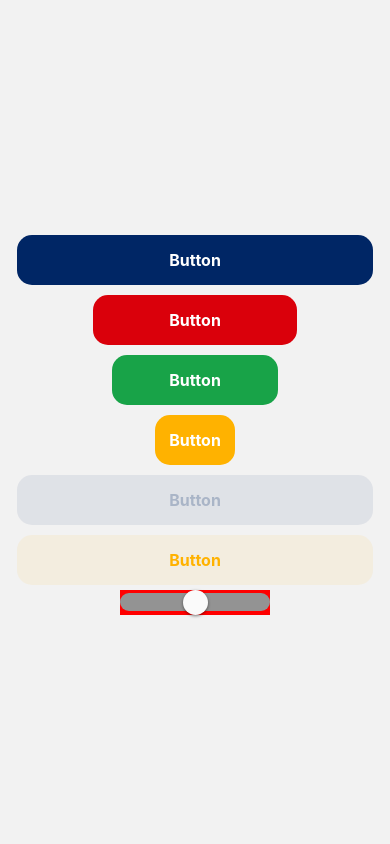
Repository: hungdomanh95/setuptheme
Screen: /
The author's editor kept a copy of each file at every save. The screen is drawn from the files as they stood at one save, then again after the next save.
The app was drawn by React Native's web renderer in a window 390 px wide. The project was rebuilt for these pictures with package versions that can differ from the ones it lists, and the page was loaded fresh each time. Also part of the build but not shown: src/components/Fade/index.js, src/components/Slide/index.js, src/components/RNCheckbox/index.js.

Above is the screen before, as saved 2022-05-17 14:02:59.

### App.js
import {View, Text} from 'react-native';
import React from 'react';
import RootNavigation from './src/navigation/rootNavigation';

const App = () => {
  return <RootNavigation />;
};

export default App;

### src/navigation/rootNavigation.js
import React from 'react'
import {NavigationContainer} from '@react-navigation/native';
import {createNativeStackNavigator} from '@react-navigation/native-stack';
import {
  HomeScreen,
} from '../screens';
import { SafeAreaProvider } from 'react-native-safe-area-context';

const Stack = createNativeStackNavigator();
const RootNavigation = () => {
  const screenOptions = {
    headerTransparent: true,
    headerShown: false,
  };
  const stackOption = {
    headerShown: true,
    headerBackTitle: '',
    headerTitle: '',
  };
  return (
    <SafeAreaProvider>
      <NavigationContainer>
        <Stack.Navigator screenOptions={screenOptions}>
          <Stack.Screen name="HomeScreen" component={HomeScreen} />
        </Stack.Navigator>
      </NavigationContainer>
    </SafeAreaProvider>
  );
};

export default RootNavigation;

### src/screens/index.js
import HomeScreen from './HomeScreen';
export {HomeScreen};

### src/screens/HomeScreen/index.js
import {View, StyleSheet} from 'react-native';
import React from 'react';
import {COLOR} from '../../theme';
import {Button, CheckBox, Switch} from '../../components';

const HomeScreen = () => {
  return (
    <View style={styles.container}>
      <Button text="Button" type={'primary'} size={'fullsize'} />
      <Button text="Button" type={'danger'} size={'medium'} />
      <Button text="Button" type={'success'} size={'small'} />
      <Button text="Button" type={'warning'} size={80} />
      <Button
        text="Button"
        type={'primary'}
        size={'fullsize'}
        disabled={true}
      />
      <Button text="Button" color={COLOR.neural8} colorText={COLOR.neural} />

      <Switch />
      {/* <CheckBox /> */}
    </View>
  );
};

export default HomeScreen;
const styles = StyleSheet.create({
  container: {
    flex: 1,
    justifyContent: 'center',
    alignItems: 'center',
  },
});

### src/theme/index.js
import {StyleSheet, Dimensions} from 'react-native';
const {width, height} = Dimensions.get('window');
const width_design = 375;
export const SIZE = {
  width,
  height,
  spacing: 16,
  icon: 24,
  btn1: (width * 343) / width_design,
  btn2: (width * 196) / width_design,
  btn3: (width * 160) / width_design,
  checkbox: 25,
};
export const COLOR = {
  primary: '#002665',
  primary80: 'rgba(0, 38, 101, 0.8)',
  primary60: 'rgba(0, 38, 101, 0.6)',
  primary40: 'rgba(0, 38, 101, 0.4)',
  primary24: 'rgba(0, 38, 101, 0.24)',
  primary16: 'rgba(0, 38, 101, 0.16)',
  primary8: 'rgba(0, 38, 101, 0.08)',
  primary4: 'rgba(0, 38, 101, 0.04)',
  secondary: '#2567F9',
  secondary50: '#0077FF',
  secondary40: 'rgba(0, 119, 255, 0.4)',
  secondary24: 'rgba(0, 119, 255, 0.24)',
  secondary16: 'rgba(0, 119, 255, 0.16)',
  secondary8: 'rgba(0, 119, 255, 0.08)',
  white: '#FFFFFF',
  white64: 'rgba(255,255,255,0.64)',
  white40: 'rgba(255,255,255,0.4)',
  white24: 'rgba(255,255,255,0.24)',
  white16: 'rgba(255,255,255,0.16)',
  white8: 'rgba(255,255,255,0.08)',
  white4: 'rgba(255,255,255,0.04)',
  yellow: '#FDBE01',
  yellow80: 'rgba(253, 190, 1, 0.8)',
  yellow40: 'rgba(253, 190, 1, 0.4)',
  yellow16: 'rgba(253, 190, 1, 0.16)',
  red: '#DA000B',
  red80: 'rgba(227, 38, 46, 0.8)',
  red40: 'rgba(227, 38, 46, 0.4)',
  red16: 'rgba(227, 38, 46, 0.16)',
  gray: '#6D7E92',
  gray40: '#7689A2',
  gray24: '#B3BDCB',
  gray16: '#DADFE6',
  gray8: '#F9FAFD',
  green: '#18A348',
  green50: '#25C26E',
  green40: 'rgba(37, 194, 110, 0.4)',
  green24: 'rgba(37, 194, 110, 0.24)',
  neural: '#FFB200',
  neural80: 'rgba(255, 178, 0, 0.8)',
  neural40: 'rgba(255, 178, 0, 0.4)',
  neural24: 'rgba(255, 178, 0, 0.24)',
  neural16: 'rgba(255, 178, 0, 0.16)',
  neural8: 'rgba(255, 178, 0, 0.08)',
  orange: '#F44B02',
  orange80: 'rgba(244, 75, 2, 0.8)',
  orange40: 'rgba(244, 75, 2, 0.4)',
  orange8: '#FFECE3',
  infor: '#0289F4',
  infor80: 'rgba(2, 137, 244, 0.8)',
  infor40: 'rgba(2, 137, 244, 0.4)',
  infor10: 'rgba(2, 137, 244, 0.1)',
};
export const TEXT = StyleSheet.create({
  h1: {
    fontSize: 22,
    lineHeight: 33,
  },
  h2: {
    fontSize: 20,
    lineHeight: 30,
  },
  h3: {
    fontSize: 18,
    lineHeight: 27,
  },
  fz16: {
    fontSize: 16,
    lineHeight: 24,
  },
  fz14: {
    fontSize: 14,
    lineHeight: 21,
  },
  fz12: {
    fontSize: 12,
    lineHeight: 18,
  },
  fz10: {
    fontSize: 10,
    lineHeight: 15,
  },
  bold: {
    fontWeight: '700',
  },
  medium: {
    fontWeight: '500',
  },
  regular: {
    fontWeight: '400',
  },
});
export const SHADOWS = StyleSheet.create({
  sh: {
    backgroundColor: '#FFFFFF',
    shadowColor: 'rgba(0, 38, 101, 0.1)',
    shadowOffset: {
      width: 0,
      height: 2,
    },
    shadowOpacity: 2,
    shadowRadius: 5,
    elevation: 5,
  },
});

### src/components/index.js
import Fade from './Fade';
import Slide from './Slide';
import Button from './RNBotton';
import CheckBox from './RNCheckbox';
import Switch from './RNSwitch';
export {Fade, Slide, Button, CheckBox, Switch};

### src/components/RNBotton/index.js
import {StyleSheet, Text, View, TouchableOpacity} from 'react-native';
import React, {useEffect} from 'react';
import {COLOR, SIZE, TEXT} from '../../theme';

const RNButton = props => {
  const {text, type, size, onPress, disabled} = props;

  const colorBTN = () => {
    let colorBtn;
    if (disabled) colorBtn = COLOR.primary8;
    else if (type === 'success') colorBtn = COLOR.green;
    else if (type === 'warning') colorBtn = COLOR.neural;
    else if (type === 'danger') colorBtn = COLOR.red;
    else if (type === 'primary') colorBtn = COLOR.primary;
    else if (props.color) colorBtn = props.color;
    return colorBtn;
  };
  const sizeBTN = () => {
    let sizeBtn = SIZE.btn1;
    if (size === 'fullsize') sizeBtn = SIZE.btn1;
    else if (size === 'medium') sizeBtn = SIZE.btn2;
    else if (size === 'small') sizeBtn = SIZE.btn3;
    else if (typeof size == 'number') sizeBtn = size;
    return sizeBtn;
  };
  const colorText = () => {
    let colorText = COLOR.white;
    if (disabled) colorText = COLOR.primary24;
    else if (props.colorText) colorText = props.colorText;
    return colorText;
  };
  const styles = styleWithProps(props, colorBTN(), sizeBTN(), colorText());
  return (
    <TouchableOpacity
      style={styles.container}
      onPress={onPress}
      disabled={disabled}>
      <Text style={styles.text}>{text}</Text>
    </TouchableOpacity>
  );
};

const styleWithProps = (props, color, size, colorText) => {
  return StyleSheet.create({
    container: {
      width: size,
      height: 50,
      justifyContent: 'center',
      alignItems: 'center',
      backgroundColor: color,
      borderRadius: 15,
      marginVertical: 5,
    },
    text: {
      color: colorText,
      ...TEXT.fz16,
      ...TEXT.bold,
    },
  });
};
export default RNButton;

### src/components/RNSwitch/index.js
import {StyleSheet, Text, View,Switch} from 'react-native';
import React, {useState} from 'react';
import { COLOR } from '../../theme';
const RNSwitch = () => {
  const [isSwitchOn, setIsSwitchOn] = React.useState(false);

  const onToggleSwitch = () => setIsSwitchOn(!isSwitchOn);
  return (
    <Switch value={isSwitchOn} onValueChange={onToggleSwitch} style={styles.container} width={150} />
  );
};

export default RNSwitch;

const styles = StyleSheet.create({
  container:{
    minWidth:150,
    height:25,
    backgroundColor:'red',
    flexDirection:"row",
    justifyContent:"center",
    alignItems:'center'
  }
});

After the next save:
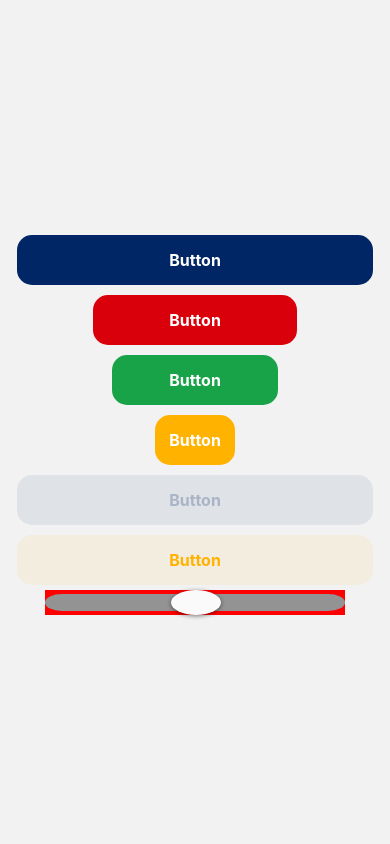
Saved 47 s later.
--- a/src/components/RNSwitch/index.js
+++ b/src/components/RNSwitch/index.js
@@ -19,6 +19,7 @@ const styles = StyleSheet.create({
     backgroundColor:'red',
     flexDirection:"row",
     justifyContent:"center",
-    alignItems:'center'
+    alignItems:'center',
+    transform:[{scaleX:2}]
   }
 });
